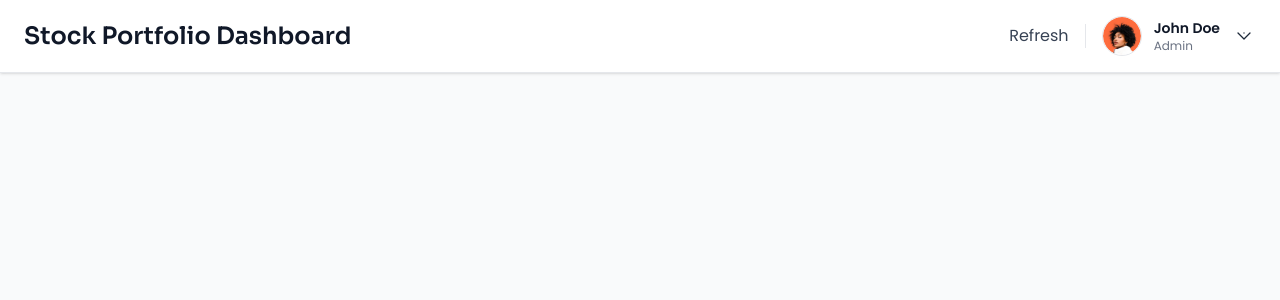
Repository: jabir12-12/inten-project
Page: /
An editor plug-in stored every save of this project. The page is shown before and after the next save, followed by the edit.
The browser window is 1280 px wide. The pictures show the whole page.
The project was rebuilt for these pictures with package versions that can differ from the ones it lists, and the page was loaded fresh each time. The framework's server and built-in components were replaced by stand-ins that run in the browser. Also part of the build but not shown: next.config.ts.

Above is the page before, as saved 2025-05-17 13:21:19.

### src/pages/index.tsx
'use client';
import React, { useState } from 'react';
import Image from 'next/image';

export default function Home() {

  return (
    <div className="bg-gray-50 min-h-screen flex flex-col">
      {/* Header */}
      <header className="sticky top-0 z-10 flex justify-between px-4 md:px-6 py-3 md:py-4 bg-white border-b border-gray-200 shadow-sm items-center">
        <div className="flex items-center">
          <h1 className="text-gray-900 font-semibold text-xl md:text-2xl">Stock Portfolio Dashboard</h1>
        </div>
        <div className="flex items-center gap-2 md:gap-4">
          <button className="hidden md:block hover:text-blue-600 text-gray-700 transition-colors">
            Refresh
          </button>
          <div className="hidden md:block bg-gray-200 h-6 w-px"></div>
          <div className="flex items-center gap-2 md:gap-3">
            <div className="h-8 w-8 md:h-10 md:w-10 overflow-hidden rounded-full border border-gray-200">
              <Image
                src="/images/Ellipse 1534 (6).svg"
                alt="User profile"
                className="h-full w-full object-cover"
                width={40}
                height={40}
              />
            </div>
            <div className="hidden md:flex flex-col">
              <span className="text-gray-900 text-sm font-semibold">John Doe</span>
              <span className="text-gray-500 text-xs">Admin</span>
            </div>
            <Image
              src="/images/Frame (21).svg"
              alt="User profile"
              width={24}
              height={24}
            />
          </div>
        </div>
      </header>
    </div>
  );
}

### src/styles/globals.css
@import url('https://fonts.googleapis.com/css2?family=Poppins:wght@400;500;600&family=Inter:wght@400;500;600&family=Sora:wght@400;500;600;700;800&display=swap');
@import url('https://fonts.googleapis.com/css2?family=Inter:wght@400;700&display=swap');

@import "tailwindcss";

body {
  background-color: #f7f8fb;
  margin: 0;
  padding: 0;
  font-family: 'Poppins', sans-serif;
  justify-content: center;
  align-items: center;
  height: 100vh;
}

.video-js .vjs-playback-rate {
  font-size: 10px;
  transform: translateY(12px);
  /* Moves the button down by 10px */

}

.heading .head {
  font-family: 'Sora', sans-serif;
  font-size: 24px;
  /* Example size */
  font-weight: 700;
}

/* Example for other headings if needed */
h1,
h2,
h3,
h4,
h5,
h6 {
  font-family: 'Sora', sans-serif;
}

h3 {
  font-size: 18px;
  font-weight: 600;
}

/* Ensure that other text elements use Poppins */
p,
span,
div {
  font-family: 'Poppins', sans-serif;
}

.button {
  outline: none;
}

/* Custom scrollbar styles */

::-webkit-scrollbar {
  width: 7px;
  height: 7px;
}

::-webkit-scrollbar-thumb {
  background-color: rgba(234, 236, 240, 1);
  ;

  border-radius: 100px;
}

::-webkit-scrollbar-track {
  background: "white";

}

/* THIS IS FOR TEXT-EDITOR IN DISSCUSSION TAB --------------------------*/
.custom-quill .ql-container {
  border: none !important;
  /* Remove the border from the container */
}

.custom-quill .ql-editor {
  border: none !important;
  /* Ensure no border around the editor */
}

.custom-quill:focus {
  outline: none;
  /* Remove outline on focus */
}

.custom-quill .ql-editor {
  font-size: 16px;
  /* Set text size to 16px */
  font-family: 'Poppins', sans-serif;
  font-style: normal;
  /* Use the Poppins font */

}

.custom-quill .ql-editor:empty::before {

  /* Show placeholder */
  color: #667085;
  /* Placeholder color */
  font-family: 'Poppins', sans-serif;
  font-style: normal;
  /* Poppins font for placeholder */
  font-size: 16px;
  /* Placeholder size */
  position: absolute;
  /* Position it absolutely */
  left: 10px;
  /* Adjust according to your padding */
  top: 10px;
  /* Adjust according to your padding */
  pointer-events: none;
  /* Prevent interaction */
}

.custom-quill .ql-editor:focus::before {
  display: none;
  /* Hide placeholder on focus */
}

/* -------------------------------------------------- */
/* FOR TOOLTIP FOR TEST PAGE ONLY ->learn Tab */


.tooltipText {
  position: absolute;
  color: white;
  bottom: 125%;
  /* Position above the button */
  left: 50%;
  /* Center horizontally */
  transform: translateX(-50%);
  /* Adjust to center the tooltip */

  z-index: 3;
  background-color: #131313;
  box-shadow: 0 5px 10px rgba(0, 0, 0, 0.3);
  padding: 6px 14px;
  /* Padding inside the tooltip */
  width: 204px;
  /* Fixed width */
  height: auto;
  /* Hug content (height grows with content) */
  min-height: 78px;
  /* Minimum height */
  font-size: 15px;
  font-weight: 400;
  border-radius: 5px;
  white-space: normal;
  /* Allow text wrapping for longer content */
  opacity: 0;
  pointer-events: none;
  transition: all 0.4s ease;
}

.tooltip:hover .tooltipText {
  opacity: 1;
  pointer-events: auto;
  transform: translate(-50%, -10px);
  /* Move tooltip slightly up on hover */
}

.drawer-overlay {
  background-color: transparent !important;
  /* Makes the overlay transparent */
}

/* magic.module.css */
.customCheckbox input[type="checkbox"]:checked {
  background-color: #9012FF;
  border-color: #9012FF;
}

/* Add this to your global CSS file */
.ql-container .ql-editor img {
  cursor: pointer;
}

.image-resizer {
  border: 1px dashed #999;
  position: absolute;
}

.image-resizer .resize-handle {
  background-color: #fff;
  border: 1px solid #999;
  height: 8px;
  width: 8px;
  position: absolute;
}

.image-resizer .resize-handle.se {
  bottom: -5px;
  right: -5px;
  cursor: se-resize;
}

.image-resizer .resize-handle.sw {
  bottom: -5px;
  left: -5px;
  cursor: sw-resize;
}

.image-resizer .resize-handle.ne {
  top: -5px;
  right: -5px;
  cursor: ne-resize;
}

.image-resizer .resize-handle.nw {
  top: -5px;
  left: -5px;
  cursor: nw-resize;
}


@layer base {
  :root {
    --radius: 0.5rem;
    --chart-1: 12 76% 61%;
    --chart-2: 173 58% 39%;
    --chart-3: 197 37% 24%;
    --chart-4: 43 74% 66%;
    --chart-5: 27 87% 67%;
  }

  .dark {
    --chart-1: 220 70% 50%;
    --chart-2: 160 60% 45%;
    --chart-3: 30 80% 55%;
    --chart-4: 280 65% 60%;
    --chart-5: 340 75% 55%;
  }
}

Loaded but not shown: src/pages/_app.tsx (common file); src/pages/_document.tsx (common file)

After the next save:
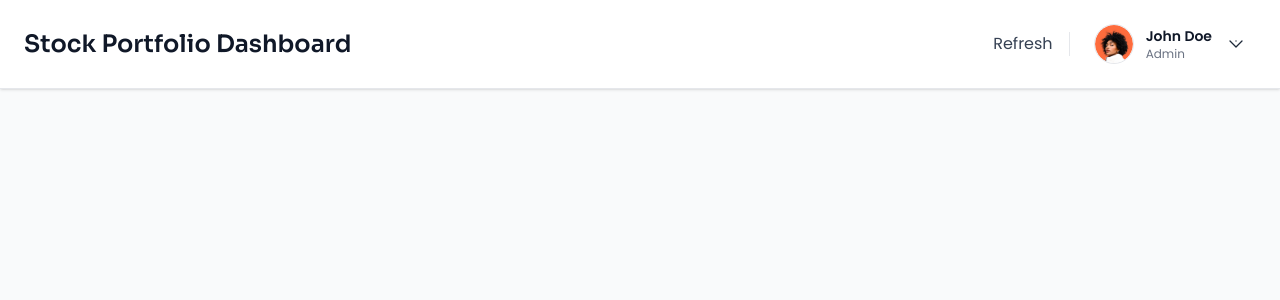
Saved 36 s later.
--- a/src/pages/index.tsx
+++ b/src/pages/index.tsx
@@ -16,7 +16,7 @@
             Refresh
           </button>
           <div className="hidden md:block bg-gray-200 h-6 w-px"></div>
-          <div className="flex items-center gap-2 md:gap-3">
+          <div className="flex items-center gap-2 md:gap-3 cursor-pointer hover:bg-gray-100 p-2 rounded-md transition-colors">
             <div className="h-8 w-8 md:h-10 md:w-10 overflow-hidden rounded-full border border-gray-200">
               <Image
                 src="/images/Ellipse 1534 (6).svg"

After the save that followed:
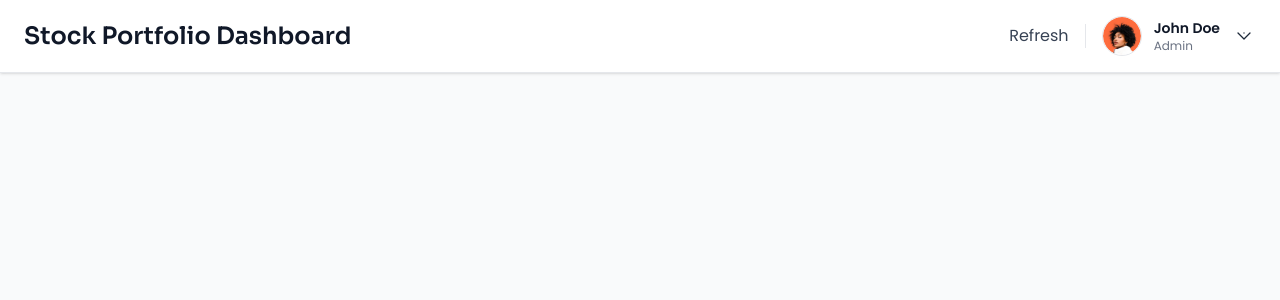
Saved 11 s later.
--- a/src/pages/index.tsx
+++ b/src/pages/index.tsx
@@ -16,7 +16,7 @@
             Refresh
           </button>
           <div className="hidden md:block bg-gray-200 h-6 w-px"></div>
-          <div className="flex items-center gap-2 md:gap-3 cursor-pointer hover:bg-gray-100 p-2 rounded-md transition-colors">
+          <div className="flex items-center gap-2 md:gap-3 cursor-pointer hover:bg-gray-100 rounded-md transition-colors">
             <div className="h-8 w-8 md:h-10 md:w-10 overflow-hidden rounded-full border border-gray-200">
               <Image
                 src="/images/Ellipse 1534 (6).svg"
